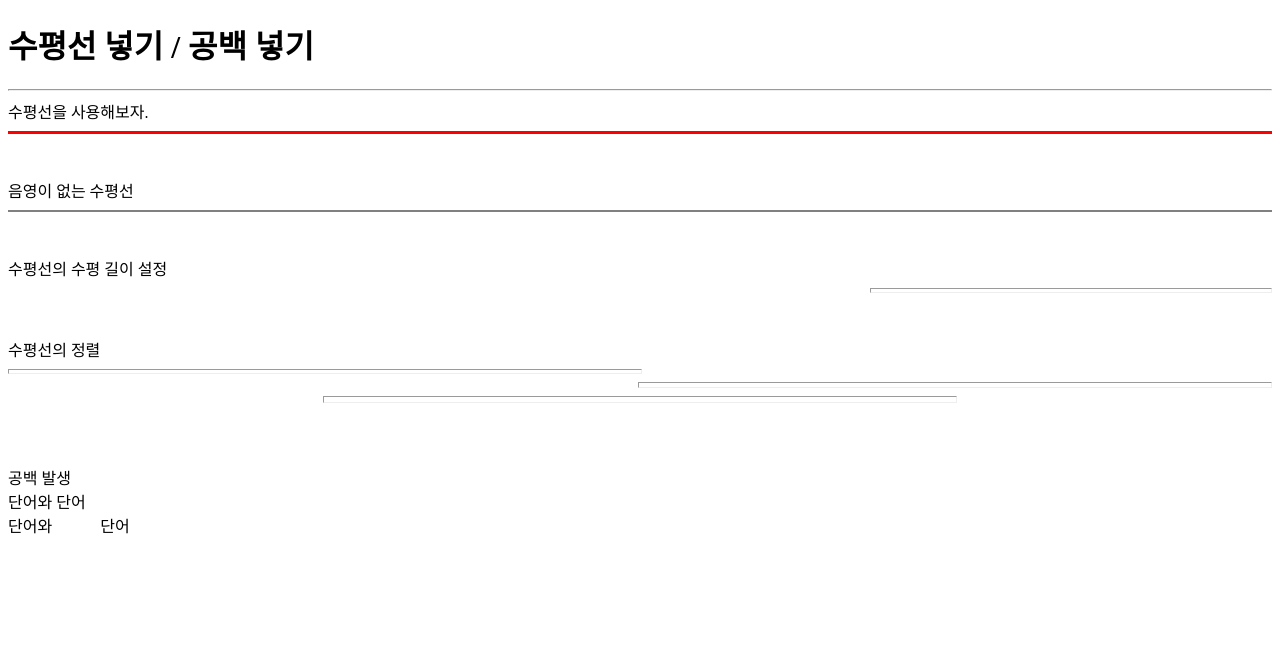
Repository: jp0301/WebStudy
Page: WebApp01/WebContent/Test006.html
These files come from the project's save history. The page is drawn as it stood at one moment and after the next save; the edit follows.
The browser window is 1280 px wide. The pictures show the whole page.

Above is the page before, as saved 2022-09-27 00:30:09.

After the next save:
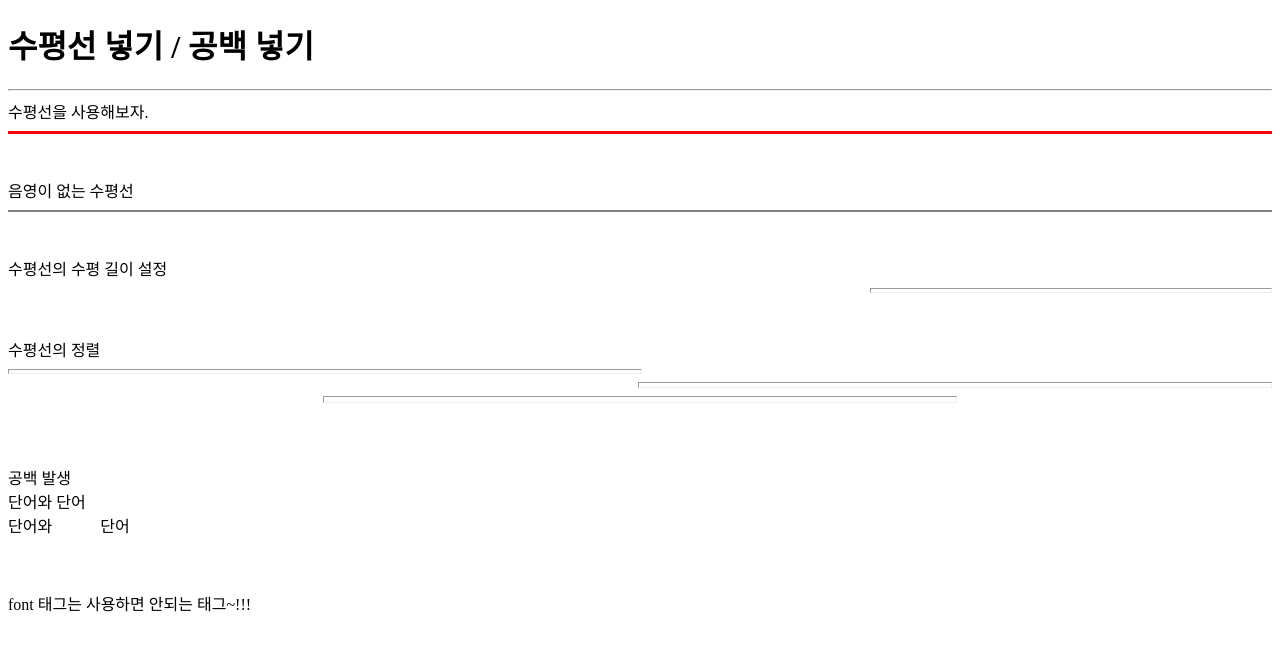
Saved 35 s later.
--- a/WebApp01/WebContent/Test006.html
+++ b/WebApp01/WebContent/Test006.html
@@ -36,7 +36,16 @@
 		공백 발생<br>
 		단어와                                       단어<br>
 		단어와&nbsp;&nbsp;&nbsp;&nbsp;&nbsp;&nbsp;&nbsp;&nbsp;&nbsp;&nbsp;&nbsp;&nbsp;단어<br>
+		<br><br>
 	</div>
+	<br>
+
+	<div>
+		font 태그는 사용하면 안되는 태그~!!!<br>
+
+	</div>
+
+
 
 </body>
 </html>
